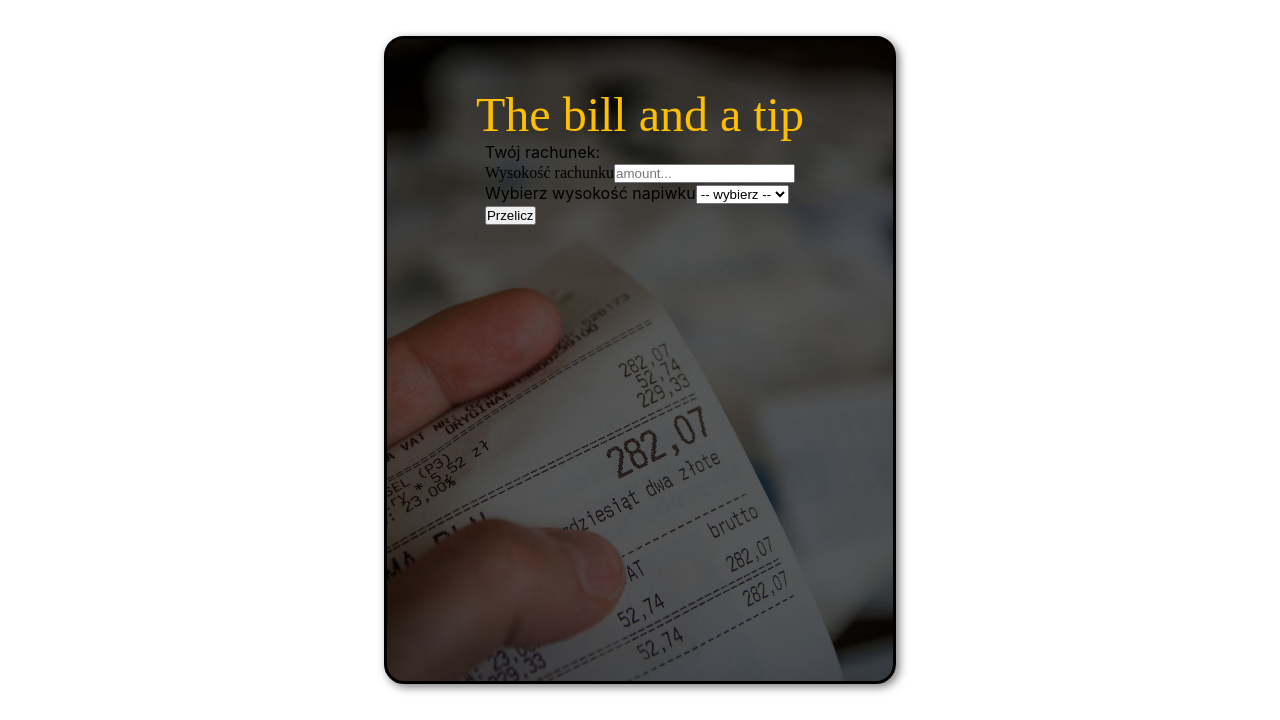
Repository: KrzysKolo/sr_tydzien4_zad1
Page: /
The author's editor kept a copy of each file at every save. The page is drawn from the files as they stood at one save, then again after the next save.
The browser window is 1280 px wide. The pictures show the whole page.
Some web fonts or font styles are not loaded; a fallback is used. The project was rebuilt for these pictures with package versions that can differ from the ones it lists, and the page was loaded fresh each time.

Above is the page before, as saved 2020-11-06 10:35:52.

After the next save:
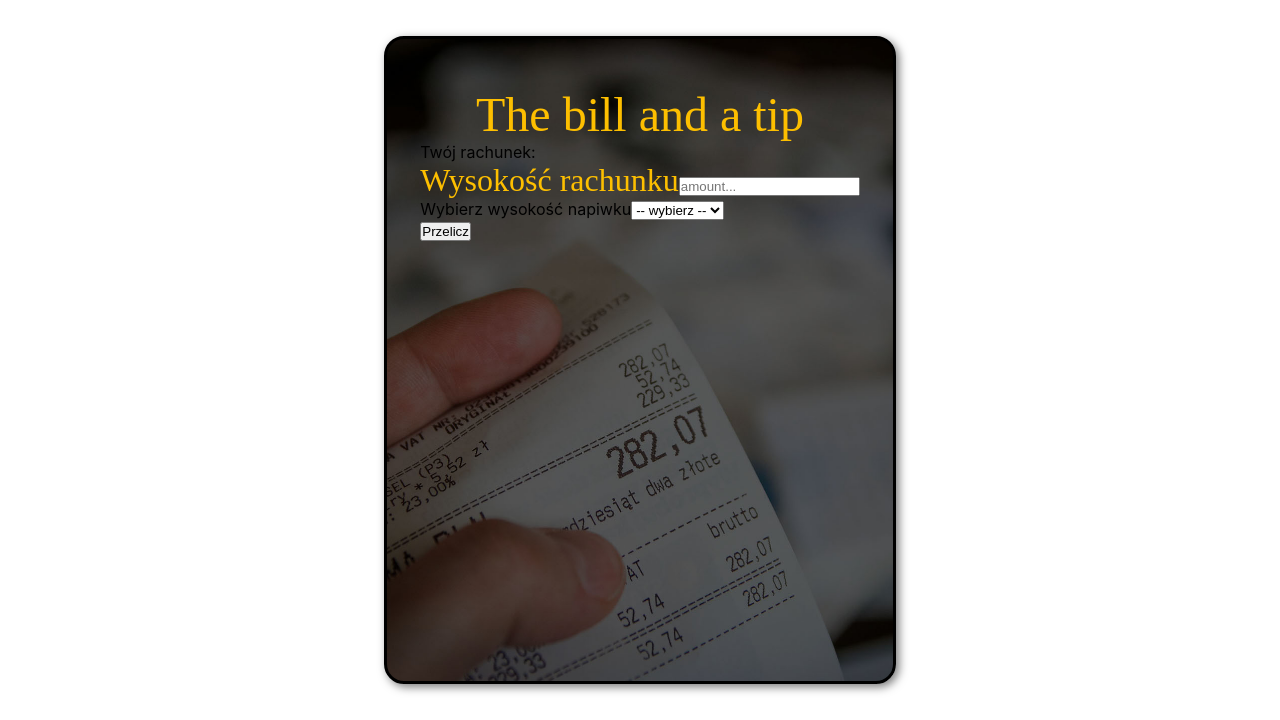
Saved 31 s later.
--- a/src/components/BillCard.css
+++ b/src/components/BillCard.css
@@ -19,4 +19,6 @@
 }
 .label__BillCard {
   font-family: "Shadows Into Light Two", cursive;
+  font-size: 2rem;
+  color: rgb(253, 191, 0);
 }
